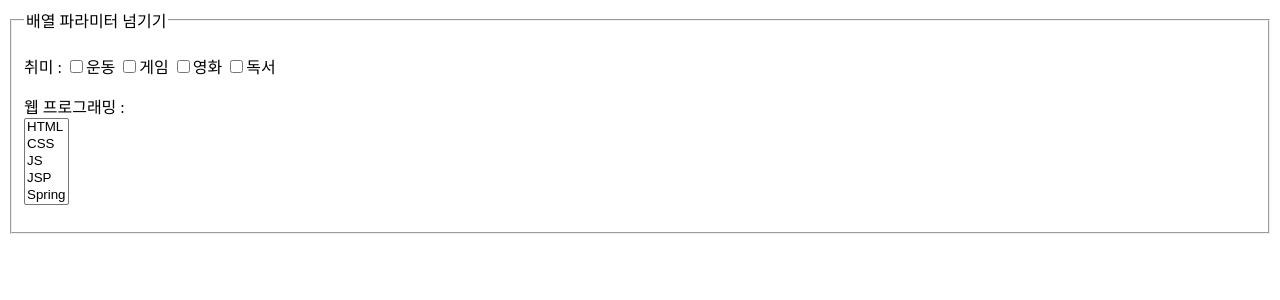
Repository: Kebiskim/2023_jspStudy
Page: 01_servlet/src/main/webapp/view/Ex09.html
An editor plug-in stored every save of this project. The page is shown before and after the next save, followed by the edit.
The browser window is 1280 px wide. The pictures show the whole page.

Above is the page before, as saved 2023-07-03 01:51:24.

After the next save:
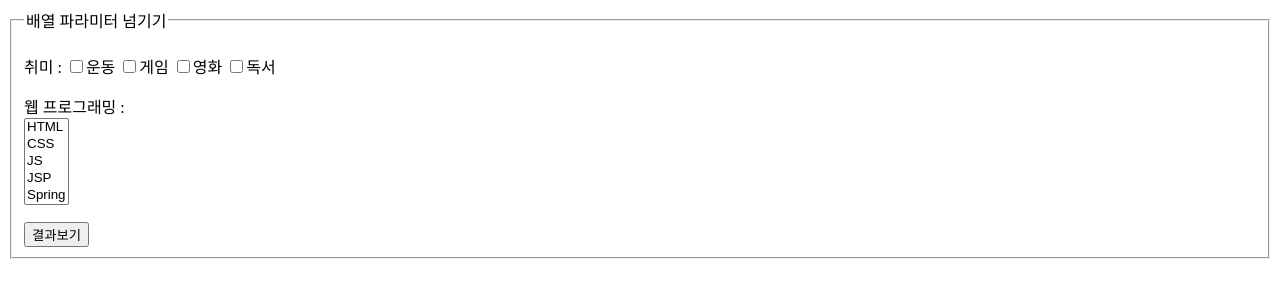
Saved 17 s later.
--- a/01_servlet/src/main/webapp/view/Ex09.html
+++ b/01_servlet/src/main/webapp/view/Ex09.html
@@ -24,6 +24,7 @@
 					<option>Spring</option>
 				</select>
 			</p>
+			<input type="submit" value="결과보기">
 		</fieldset>
 	</form>
 
